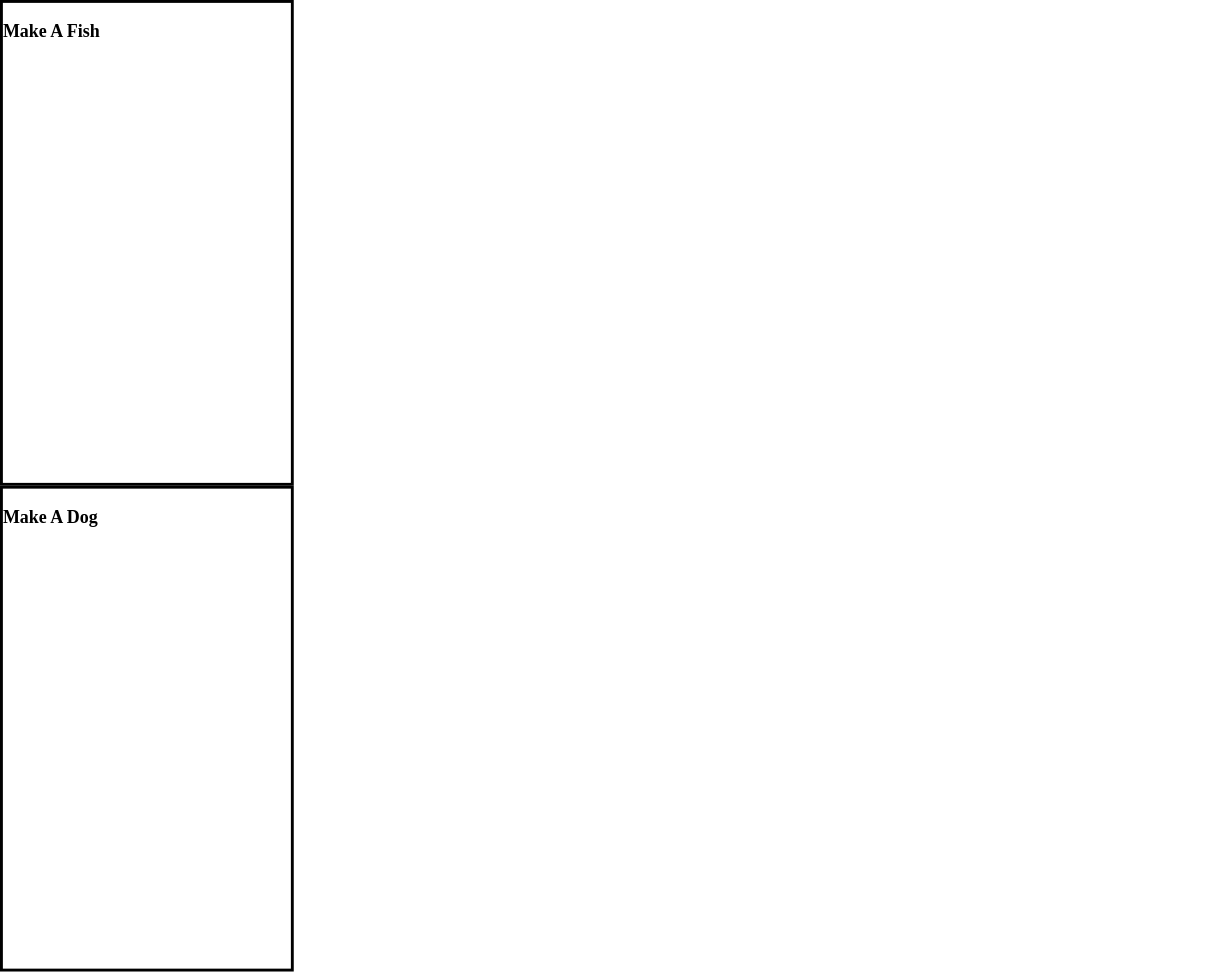
Repository: a-rydzak/Java
Page: http://localhost/Setup/Home
The author's editor kept a copy of each file at every save. The page is drawn from the files as they stood at one save, then again after the next save.
The browser window is 1280 px wide. The pictures show the whole page, at 96% of full size.
The page is served by Tomcat 9. Other server files are loaded and not shown.

Above is the page before, as saved 2019-07-11 14:21:36.

### Java MVC/Pets/Setup/WebContent/WEB-INF/view/Home.jsp
<%@ page language="java" contentType="text/html; charset=ISO-8859-1"
    pageEncoding="ISO-8859-1"%>
<%@ taglib prefix="c" uri="http://java.sun.com/jsp/jstl/core" %>
<!DOCTYPE html>
<html>
<head>
	<meta charset="ISO-8859-1">
	<title>Make A Pet Here</title>
	<style><%@include file="/WEB-INF/css/Home.css"%></style>
</head>
<body>

	<div id="container">

		<div class="petForm">
			<h3>Make A Fish</h3>
		</div>

		<div class="petForm">
			<h3>Make A Dog</h3>
		</div>

	</div>

</body>
</html>

### Java MVC/Pets/Setup/WebContent/WEB-INF/css/Home.css
@charset "ISO-8859-1";
body, #container, .petForm{
	margin:0;
	padding:0;
}

#container{
	width:100%;
	boder-style:solid;
	border-color:red;
}
.petForm{
	display:inline-block;
	height:500px;
	width:300px;
	border-style:solid;
	border-color:black;
	display:table;
}

### Java MVC/Pets/Setup/src/com/andrewrydzak/web/controllers/Home.java
package com.andrewrydzak.web.controllers;

import java.io.IOException;

import javax.servlet.RequestDispatcher;
import javax.servlet.ServletException;
import javax.servlet.annotation.WebServlet;
import javax.servlet.http.HttpServlet;
import javax.servlet.http.HttpServletRequest;
import javax.servlet.http.HttpServletResponse;

/**
 * Servlet implementation class Home
 */
@WebServlet("/Home")
public class Home extends HttpServlet {
	private static final long serialVersionUID = 1L;

    /**
     * @see HttpServlet#HttpServlet()
     */
    public Home() {
        super();
        // TODO Auto-generated constructor stub
    }

	/**
	 * @see HttpServlet#doGet(HttpServletRequest request, HttpServletResponse response)
	 */
	protected void doGet(HttpServletRequest request, HttpServletResponse response) throws ServletException, IOException {
        RequestDispatcher view = request.getRequestDispatcher("/WEB-INF/view/Home.jsp");
        view.forward(request, response);
	}

	/**
	 * @see HttpServlet#doPost(HttpServletRequest request, HttpServletResponse response)
	 */
	protected void doPost(HttpServletRequest request, HttpServletResponse response) throws ServletException, IOException {
		// TODO Auto-generated method stub
		doGet(request, response);
	}

}

After the next save:
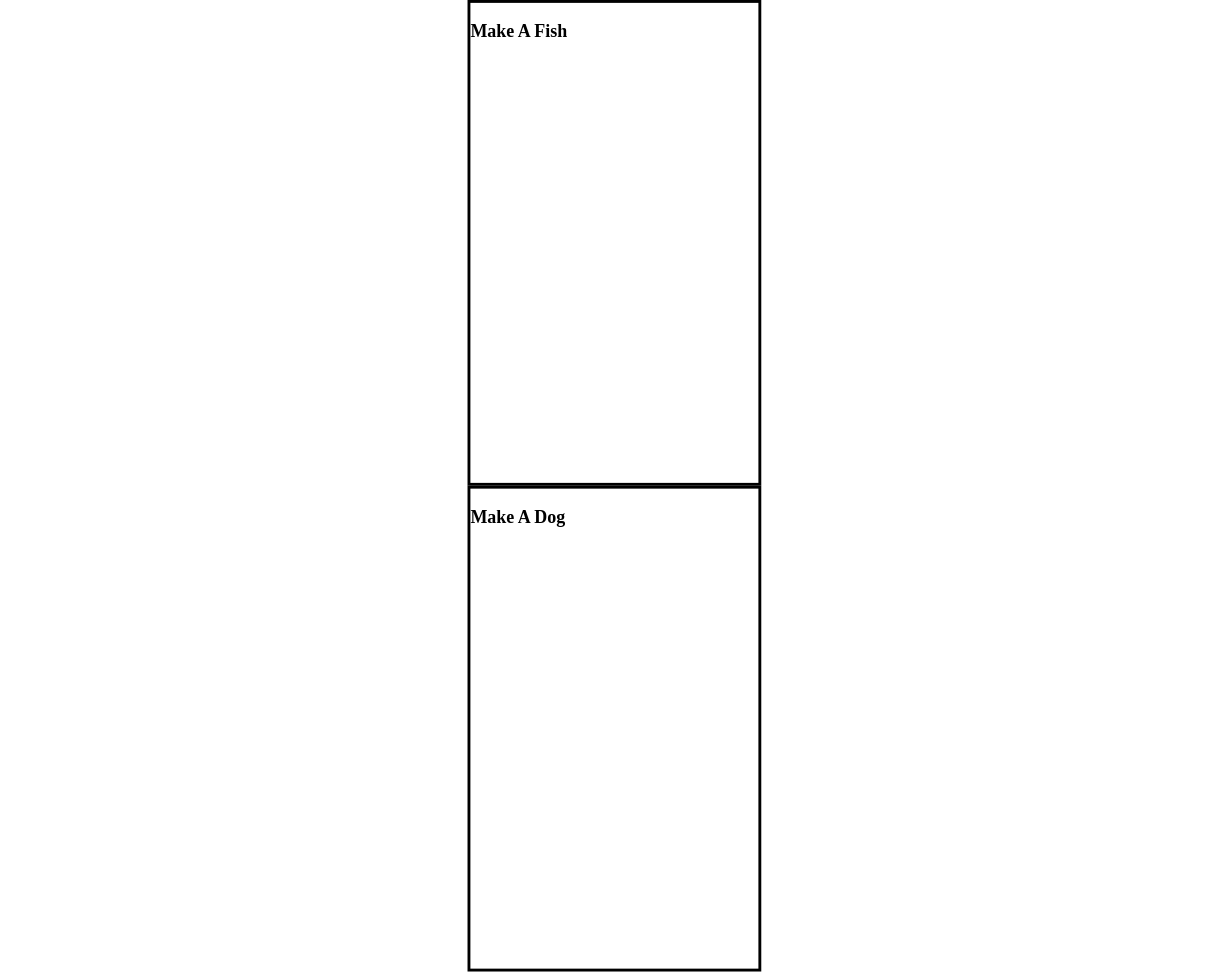
Saved 7 s later.
--- a/Java MVC/Pets/Setup/WebContent/WEB-INF/css/Home.css
+++ b/Java MVC/Pets/Setup/WebContent/WEB-INF/css/Home.css
@@ -16,4 +16,5 @@
 	border-style:solid;
 	border-color:black;
 	display:table;
+	margin:0 auto;
 }

After the save that followed:
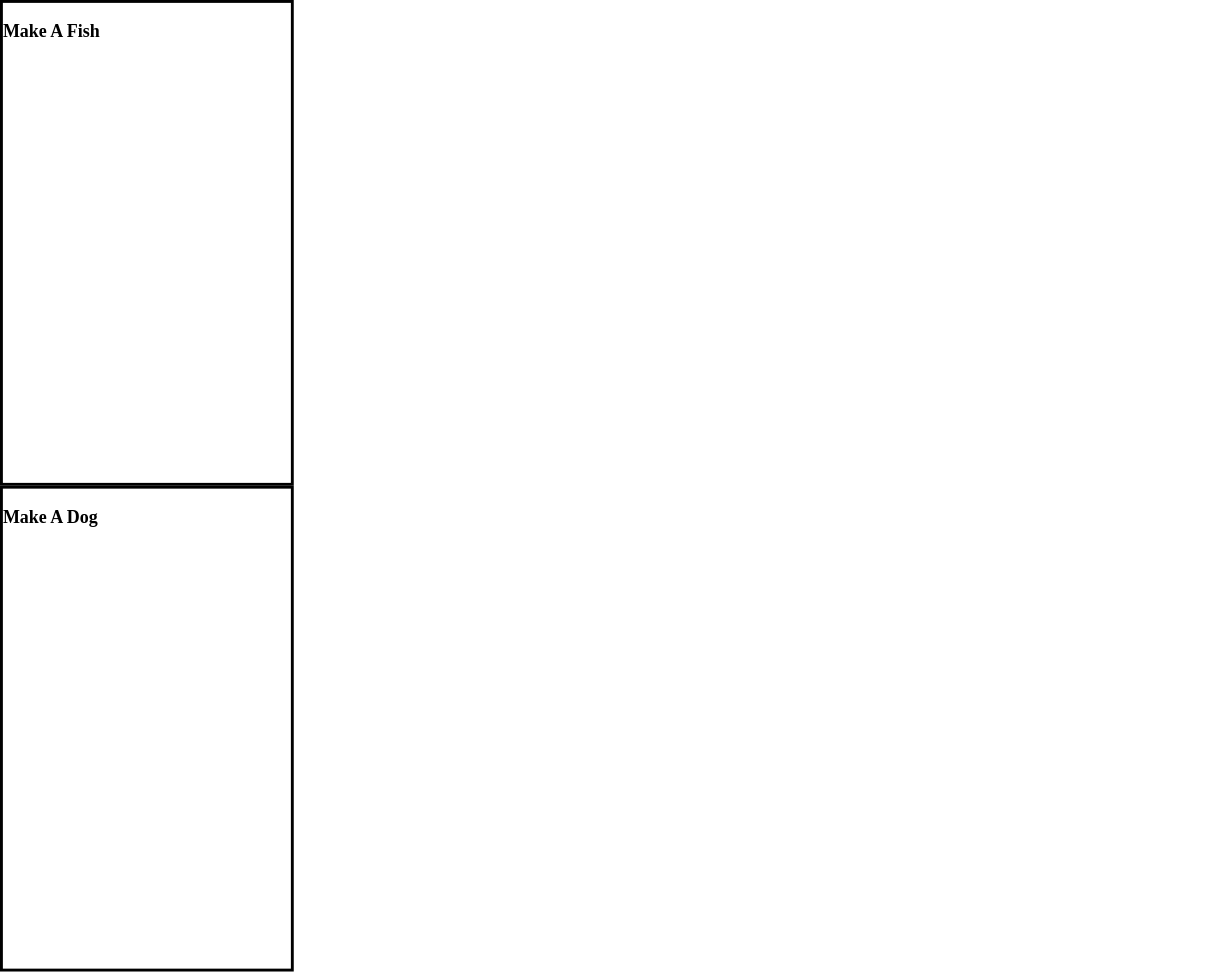
Saved 67 s later.
--- a/Java MVC/Pets/Setup/WebContent/WEB-INF/css/Home.css
+++ b/Java MVC/Pets/Setup/WebContent/WEB-INF/css/Home.css
@@ -16,5 +16,5 @@
 	border-style:solid;
 	border-color:black;
 	display:table;
-	margin:0 auto;
+
 }
